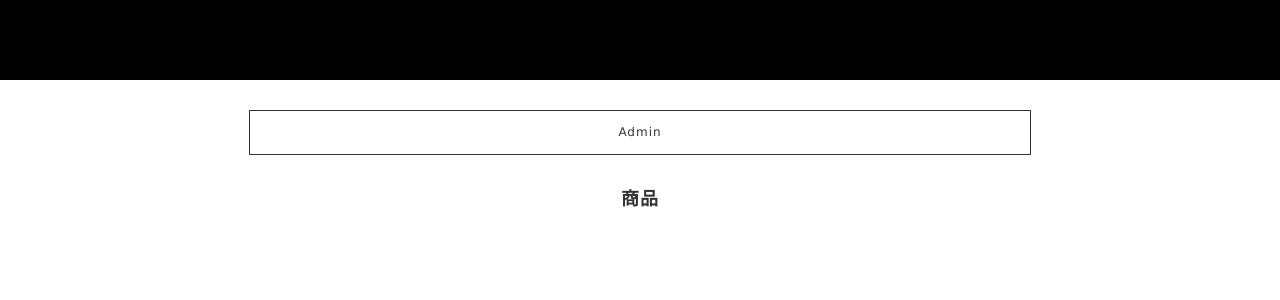
Repository: my720/test
Page: http://localhost/ecsite/admin.jsp
These files come from the project's save history. The page is drawn as it stood at one moment and after the next save; the edit follows.
The browser window is 1280 px wide. The pictures show the whole page.
The page is served by Tomcat 9. Nobody is signed in. The application's start-up code is not run. Other server files are loaded and not shown.

Above is the page before, as saved 2019-04-24 03:34:00.

### Java/ecsite/WebContent/admin.jsp
<%@ page language="java" contentType="text/html; charset=UTF-8"
    pageEncoding="UTF-8"%>
<%@ taglib prefix="s" uri="/struts-tags" %>
<!DOCTYPE html PUBLIC "-//W3C//DTD HTML 4.01 Transitional//EN" "http://www.w3.org/TR/html4/loose.dtd">
<html>
<head>
 <meta http-equiv="Content-Type" content="text/html; charset=UTF-8">
 <meta http-equiv="Content-Style-Type" content="text/css"/>
 <meta http-equiv="Content-Script-Type" content="text/javascript"/>
 <meta http-equiv="imagetoolbar" content="no"/>
 <meta name="description" content=""/>
 <meta name="keywords" content=""/>
<title>管理者画面</title>

<style type="text/css">
 /*========TAG LAYOUT========*/
 body{
 margin:0;
 padding:0;
 line-height:1.6;
 letter-spacing:1px;
 font-family:Verdana,Helvetica,sans-serif;
 font-size:12px;
 color:#333;
 background:#fff;
 }

 table{
 text-align:center;
 margin:0 auto;
 }
 /*========ID LAYOUT========*/
 #top{
 width:780px;
 margin:30px auto;
 border:1px solid #333;
 }

 #header{
 width:100%;
 height:80px;
 background-color:black;
 }

 #main{
 width:100%;
 height:500px;
 text-align:center;
 }

 #footer{
 width:100%;
 height:80px;
 background-color:black;
 clear:both;
 }
 </style>

</head>
<body>
 <div id="header">
  <div id="pr">
  </div>
 </div>
 <div id="main">
  <div id="top">
   <p>Admin</p>
  </div>
  <div>
   <h2>商品</h2>
  </div></div>
</body>
</html>

After the next save:
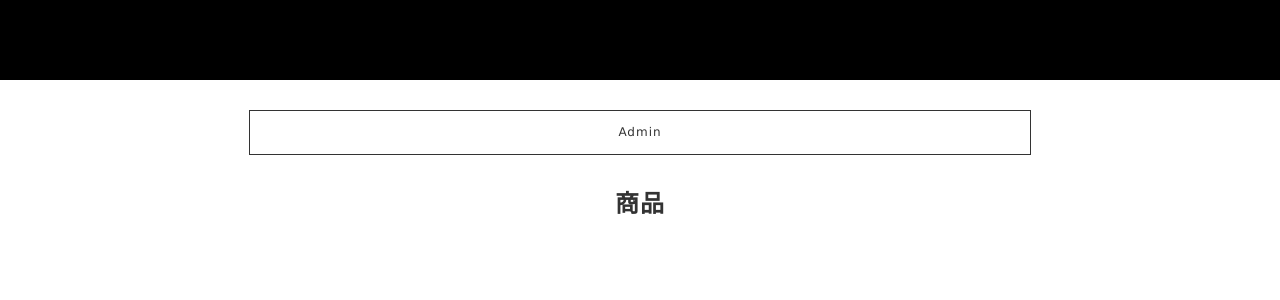
Saved 15 s later.
--- a/Java/ecsite/WebContent/admin.jsp
+++ b/Java/ecsite/WebContent/admin.jsp
@@ -67,7 +67,7 @@
    <p>Admin</p>
   </div>
   <div>
-   <h2>商品</h2>
+   <h1>商品</h1>
   </div></div>
 </body>
 </html>
